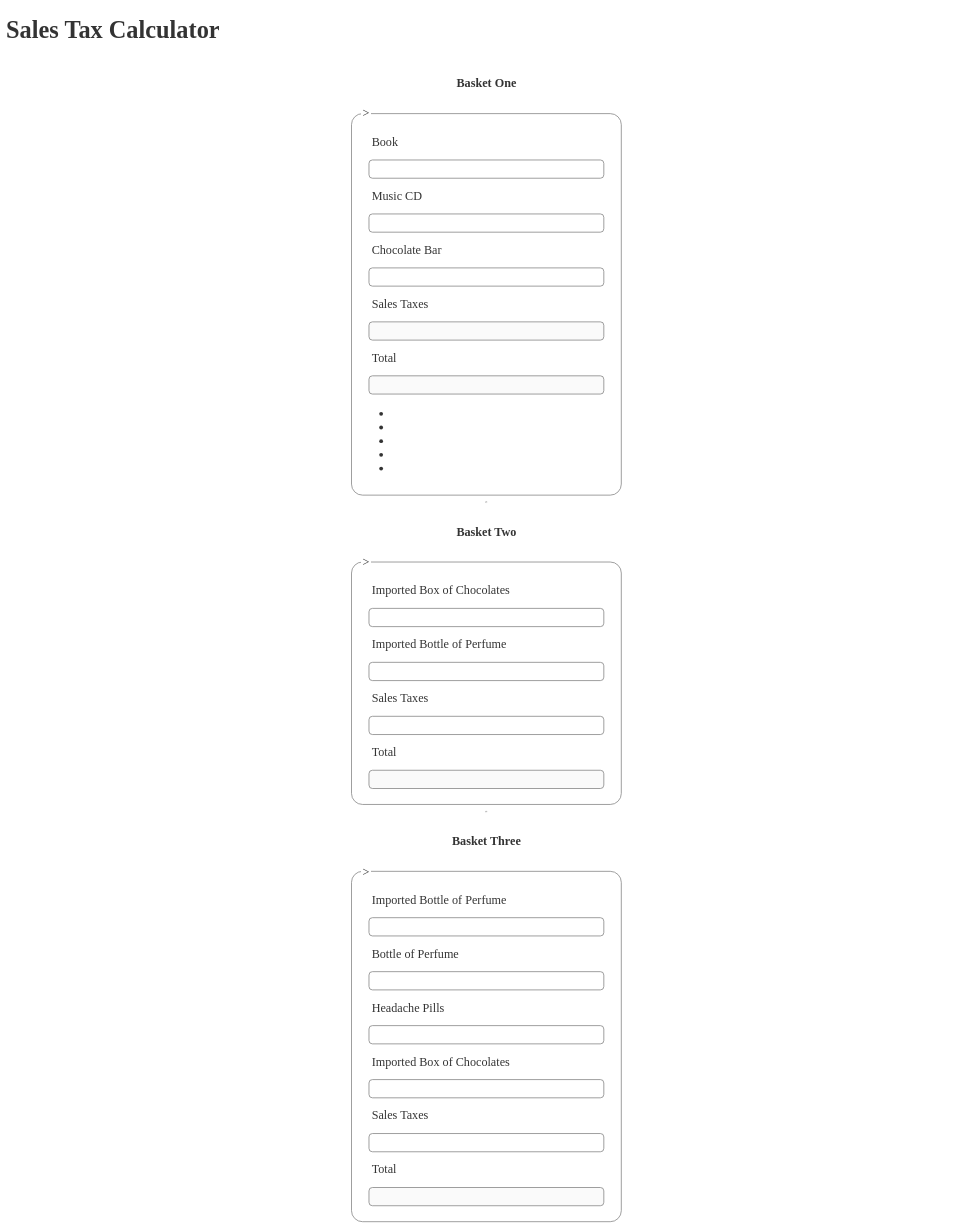
Repository: duzzisantos/sales-tax
Page: index.html
The author's editor kept a copy of each file at every save. The page is drawn from the files as they stood at one save, then again after the next save.
The browser window is 1280 px wide. The pictures show the whole page, at 76% of full size.

Above is the page before, as saved 2022-05-25 21:36:11.

### index.html
<!DOCTYPE html>
<html lang="en">

<head>
    <meta charset="UTF-8">
    <meta http-equiv="X-UA-Compatible" content="IE=edge">
    <meta name="viewport" content="width=device-width, initial-scale=1.0">
    <link href="style.css" rel="stylesheet">
    <title>Sales Tax Calculator</title>
</head>

<body>
    <h1>Sales Tax Calculator</h1>
    <section id="container">
        <h4>Basket One</h4>
        <fieldset>
            <legend>
                <!----Add basket icon here-->>
            </legend>
            <label for="book">Book</label>
            <input id="book" type="number" name="book" onchange="basketOne()" />
            <label for="musicCD">Music CD</label>
            <input id="musicCD" type="number" name="musicCD" onchange="basketOne()" />
            <label for="chocolateBar">Chocolate Bar</label>
            <input id="chocolateBar" type="number" name="chocolateBar" onchange="basketOne()" />
            <label for="sales-taxes">Sales Taxes</label>
            <input id="sales-taxes" type="number" name="sales-taxes" onchange="basketOne()" disabled />
            <label for="total">Total</label>
            <input id="total" type="number" name="total" onchange="basketOne()" disabled />
            <ul class="listOne">
                <li></li>
                <li></li>
                <li></li>
                <li></li>
                <li></li>
            </ul>
        </fieldset>
        <hr>
        <h4>Basket Two</h4>
        <fieldset>
            <legend>
                <!----Add basket icon here-->>
            </legend>
            <label for="imported-box-chocolate">Imported Box of Chocolates</label>
            <input id="imported-box-chocolate" type="number" name="imported-box-chocolate" onchange="basketTwo()" />
            <label for="imported-perfume">Imported Bottle of Perfume</label>
            <input id="imported-perfume" type="number" name="imported-perfume" onchange="basketTwo()" />

            <label for="sales-taxes2">Sales Taxes</label>
            <input id="sales-taxes2" type="number" name="sales-taxes2" onchange="basketTwo()" />
            <label for="total">Total</label>
            <input disabled id="total2" type="number" name="total2" onchange="basketTwo()" />
        </fieldset>
        <hr>
        <h4>Basket Three</h4>
        <fieldset>
            <legend>
                <!----Add basket icon here-->>
            </legend>
            <label for="imported-perfume2">Imported Bottle of Perfume</label>
            <input id="imported-perfume2" type="number" name="imported-perfume2" onchange="basketThree()" />
            <label for="bottle-perfume">Bottle of Perfume</label>
            <input id="bottle-perfume" type="number" name="bottle-perfume" onchange="basketThree()" />
            <label for="pills">Headache Pills</label>
            <input id="pills" type="number" name="pills" onchange="basketThree()" />
            <label for="imported-box-chocolate2">Imported Box of Chocolates</label>
            <input id="imported-box-chocolate2" type="number" name="imported-box-chocolate2" onchange="basketThree()" />
            <label for=" sales-taxes3">Sales Taxes</label>
            <input id="sales-taxes3" type="number" name="sales-taxes3" onchange="basketThree()" />
            <label for="total3">Total</label>
            <input disabled id="total3" type="number" name="total3" onchange="basketThree()" />
        </fieldset>
    </section>
</body>
<script src="first.js"></script>
<script src="second.js"></script>
<script src="third.js"></script>

</html>

### style.css
*{
    color: rgb(0,0,0,0.8);
}

#container{
    display: flex;
    flex-direction: column;
    align-items: center;
    justify-content: center;
    bottom: 0;
}

fieldset{
    height: fit-content;
    width: 20%;
    border: 1px solid grey;
    border-radius: 15px;
}

label, input{
    display: block;
    margin: 10px;
    padding: 4px;
}

input{
    width: 300px;
    border-radius: 5px;
    border: 1px solid grey;
}

### first.js
//Variables for tax rate
let taxFree = 0;
let basicTax = 10;
let importDuty = 5;

//imported basic taxable items attract an extra non-negotiable tax rate of 5%, therefore 10% + 5% = 15%
let basicPlusImportDuty = basicTax + importDuty;

//An app that computes the first basket of goods
const basketOne = () => {
  let book = document.getElementById("book").value;
  let musicCD = document.getElementById("musicCD").value;
  let chocolateBar = document.getElementById("chocolateBar").value;

  // The plus sign is used in front of every variable to indicate to JavaScript that they are numerical values
  // Without this, they would become concatenated strings

  //these are the sums of the items and their taxes
  let bookPlusTax = +taxFree * +book + +book;
  let musicCDPlusTax = (basicTax * +musicCD) / 100 + +musicCD;
  let chocolateBarPlusTax = +taxFree * +chocolateBar + +chocolateBar;

  //this computes the total price paid by the customer
  let netPayment = +bookPlusTax + +musicCDPlusTax + +chocolateBarPlusTax;
  document.getElementById("total").value = netPayment.toFixed(2);

  //this computes the total sales tax generated
  let totalTaxes =
    bookPlusTax -
    book +
    (musicCDPlusTax - musicCD) +
    (chocolateBarPlusTax - chocolateBar);

  //Math.ceil and toFixed method helps us round up to the nearest 0.05
  document.getElementById("sales-taxes").value = (
    Math.ceil(totalTaxes * 20) / 20
  ).toFixed(2);
};

### second.js
//Variables for tax rate
let basicTax2 = 10;
let importDuty2 = 5;

//imported basic taxable items attract an extra non-negotiable tax rate of 5%, therefore 10% + 5% = 15%
let basicPlusImportDuty2 = basicTax2 + importDuty2;

//An app that computes the second basket of goods
const basketTwo = () => {
  let importedChocolate = document.getElementById(
    "imported-box-chocolate"
  ).value;
  let importedPerfume2 = document.getElementById("imported-perfume").value;

  // The plus sign is used in front of every variable to indicate to JavaScript that they are numerical values
  // Without this, they would become concatenated strings

  //these are the sums of the imported items and their taxes
  let importedChocolatePlusTax =
    (importDuty2 * +importedChocolate) / 100 + +importedChocolate;
  let importedPerfume2PlusTax =
    (basicPlusImportDuty2 * +importedPerfume2) / 100 + +importedPerfume2;

  //Math.ceil and toFixed method helps us round up to the nearest 0.05
  //this computes the total price paid by the customer
  let netPayment = +importedChocolatePlusTax + +importedPerfume2PlusTax;
  document.getElementById("total2").value = (
    Math.ceil(netPayment * 20) / 20
  ).toFixed(2);

  //this computes the total sales tax generated
  let totalTaxes =
    (importDuty2 * +importedChocolate) / 100 +
    (basicPlusImportDuty2 * +importedPerfume2) / 100;
  document.getElementById("sales-taxes2").value = (
    Math.ceil(totalTaxes * 20) / 20
  ).toFixed(2);
};

### third.js
//Variables for tax rate
let taxFree3 = 0;
let basicTax3 = 10;
let importDuty3 = 5;
let basicPlusImportDuty3 = basicTax3 + importDuty3;


//App that computes the third basket of goods
const basketThree = () => {
    let importedPerfume2 = document.getElementById("imported-perfume2").value;
    let bottlePerfume = document.getElementById("bottle-perfume").value;
    let pills = document.getElementById("pills").value;
    let importedChocolate2 = document.getElementById("imported-box-chocolate2").value;


    //    // The plus sign is used in front of every variable to indicate to JavaScript that they are numerical values
     // Without this, they would become concatenated strings

    //these are the sums of the imported items and their taxes
    let importedPerfume2PlusTax = (basicPlusImportDuty3 * +importedPerfume2) / 100 + +importedPerfume2;
    let bottlePerfumePlusTax =
      (basicTax3 * +bottlePerfume) / 100 + +bottlePerfume;
    let pillsPlusTax = (taxFree3 * +pills) + +pills;
    let importedChocolate2PlusTax =
      (importDuty3 * +importedChocolate2) / 100 + +importedChocolate2;

    //Math.ceil and toFixed method helps us round up to the nearest 0.05
    //This computes the prices plus their taxes
    let netPayment =
      importedPerfume2PlusTax +
      bottlePerfumePlusTax +
      pillsPlusTax +
      importedChocolate2PlusTax;
    document.getElementById("total3").value = (Math.ceil(netPayment * 20) / 20).toFixed(2);

    //this computes the total taxes generated from selling basket three
    let totalTaxes =
      importedPerfume2PlusTax -
      importedPerfume2 +
      (bottlePerfumePlusTax - bottlePerfume) +
      (pillsPlusTax - pills) +
      (importedChocolate2PlusTax - importedChocolate2);

    document.getElementById("sales-taxes3").value = (
        Math.ceil(totalTaxes * 20) / 20
      ).toFixed(2);
  };

After the next save:
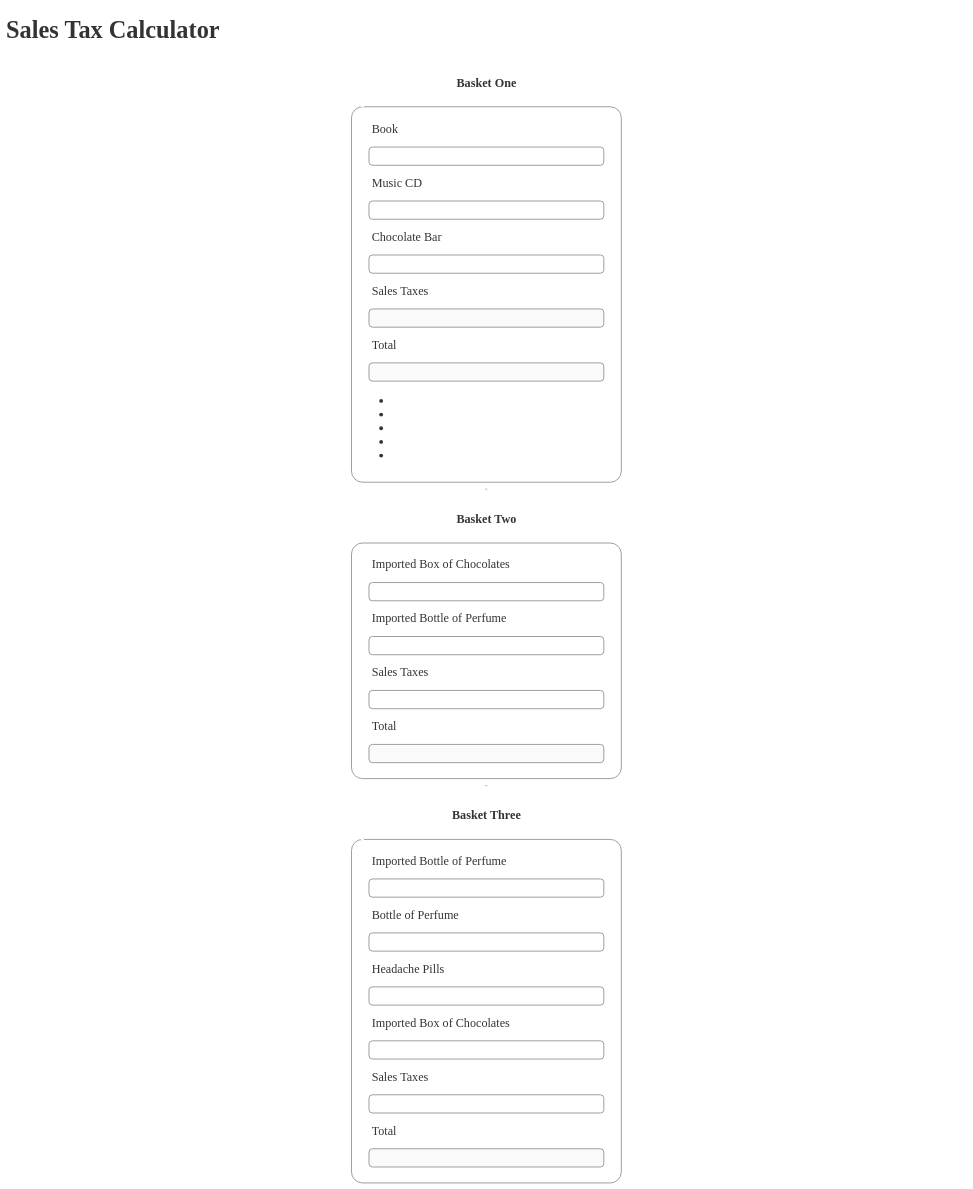
Saved 43 s later.
--- a/index.html
+++ b/index.html
@@ -15,7 +15,7 @@
         <h4>Basket One</h4>
         <fieldset>
             <legend>
-                <!----Add basket icon here-->>
+
             </legend>
             <label for="book">Book</label>
             <input id="book" type="number" name="book" onchange="basketOne()" />
@@ -39,7 +39,7 @@
         <h4>Basket Two</h4>
         <fieldset>
             <legend>
-                <!----Add basket icon here-->>
+
             </legend>
             <label for="imported-box-chocolate">Imported Box of Chocolates</label>
             <input id="imported-box-chocolate" type="number" name="imported-box-chocolate" onchange="basketTwo()" />
@@ -55,7 +55,7 @@
         <h4>Basket Three</h4>
         <fieldset>
             <legend>
-                <!----Add basket icon here-->>
+
             </legend>
             <label for="imported-perfume2">Imported Bottle of Perfume</label>
             <input id="imported-perfume2" type="number" name="imported-perfume2" onchange="basketThree()" />
